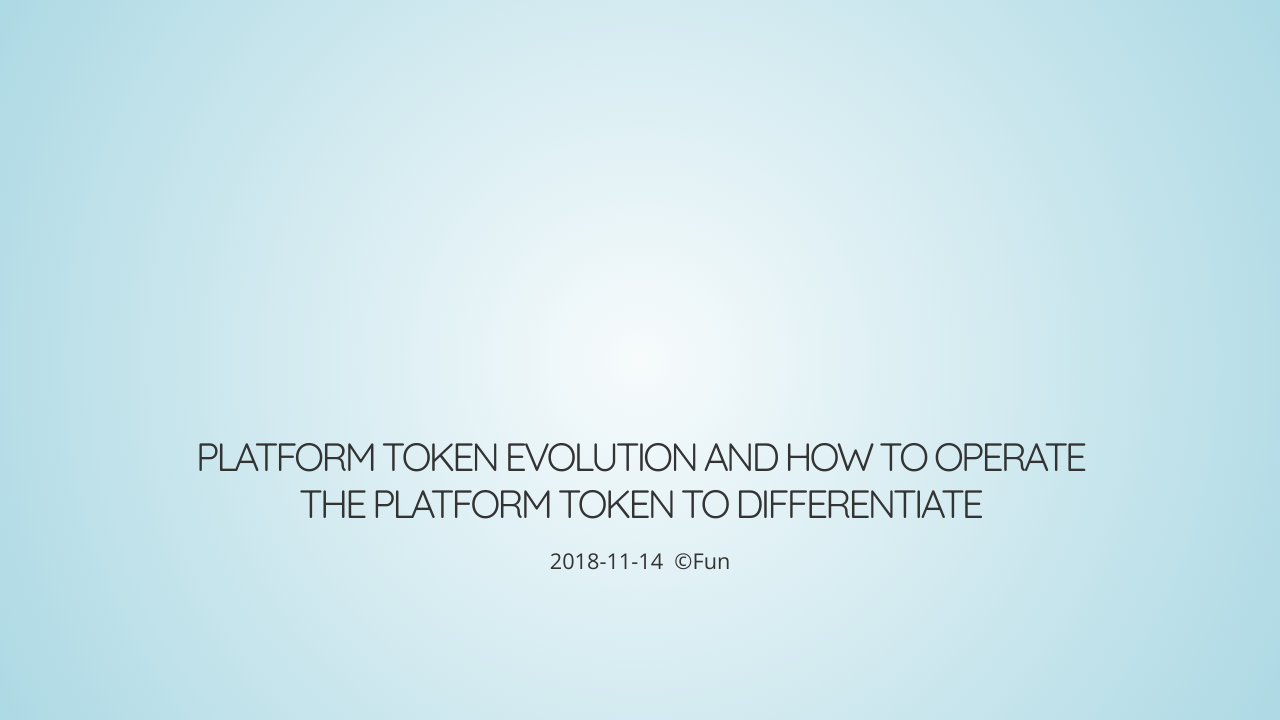
Repository: RickFang666/reveal-ppt
Page: index.html
These files come from the project's save history. The page is drawn as it stood at one moment and after the next save; the edit follows.
The browser window is 1280 px wide. The pictures show the whole page.

Above is the page before, as saved 2018-11-13 14:39:10.

After the next save:
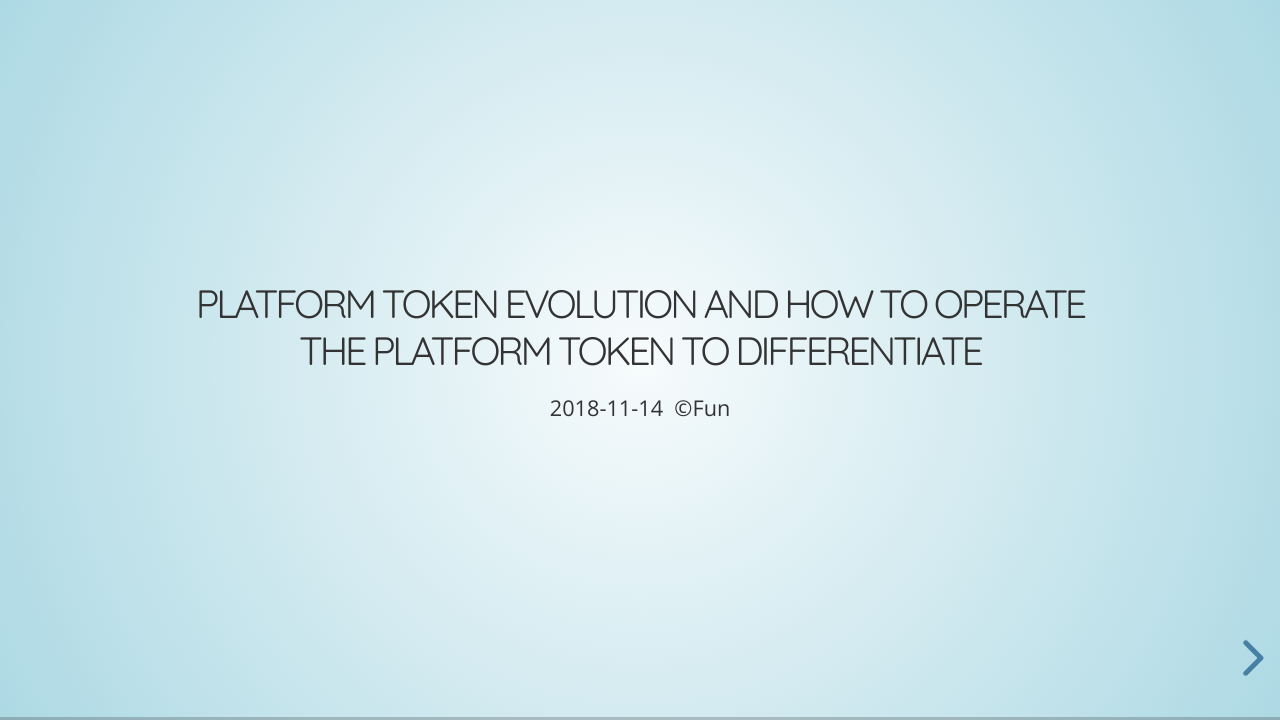
Saved 21 s later.
--- a/index.html
+++ b/index.html
@@ -26,24 +26,21 @@
       	document.getElementsByTagName('head')[0].appendChild(link);
       </script>
     -->
-
-    <!--
-      <style>
-        canvas {
-          position: absolute;
-          top: 0;
-          left: 0;
-          z-index: 1;
-          width: 100%;
-          height: 100%;
-          pointer-events: none;
-        }
-      </style>
-    -->
+    <style>
+      /* canvas {
+        position: absolute;
+        top: 0;
+        left: 0;
+        z-index: 1;
+        width: 100%;
+        height: 100%;
+        pointer-events: none;
+      } */
+    </style>
   </head>
 
   <body>
-    <canvas></canvas>
+    <!-- <canvas></canvas> -->
     <div class="reveal">
       <div class="slides">
         <section>
